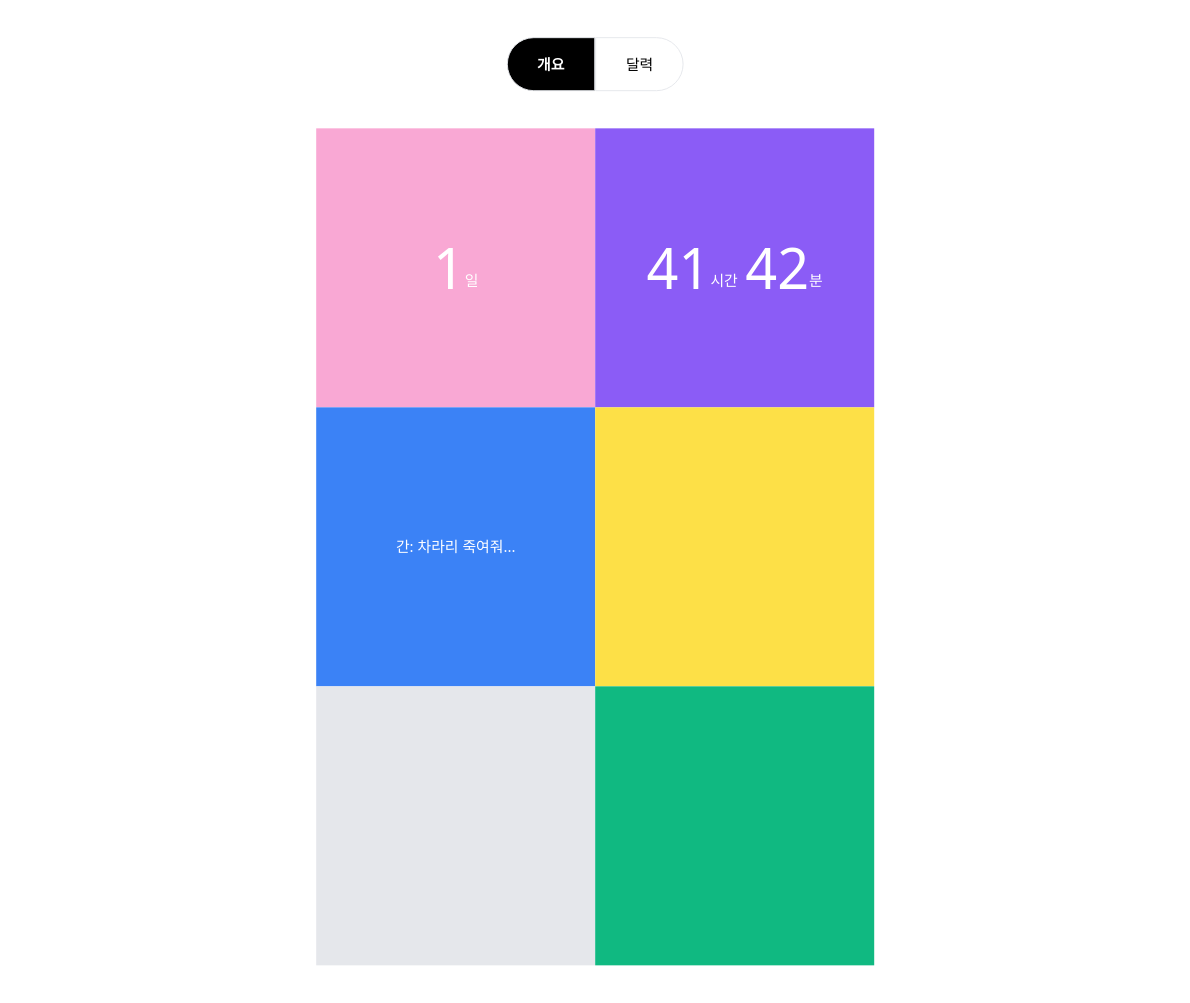
Repository: honey-punch/my-alcohol
Page: /
These files come from the project's save history. The page is drawn as it stood at one moment and after the next save; the edit follows.
The browser window is 1280 px wide. The pictures show the whole page, at 93% of full size.
The project was rebuilt for these pictures with package versions that can differ from the ones it lists, and the page was loaded fresh each time. The framework's server and built-in components were replaced by stand-ins that run in the browser. Also part of the build but not shown: next.config.ts, src/app/_component/Calendar.tsx.

Above is the page before, as saved 2025-02-10 16:08:35.

After the next save:
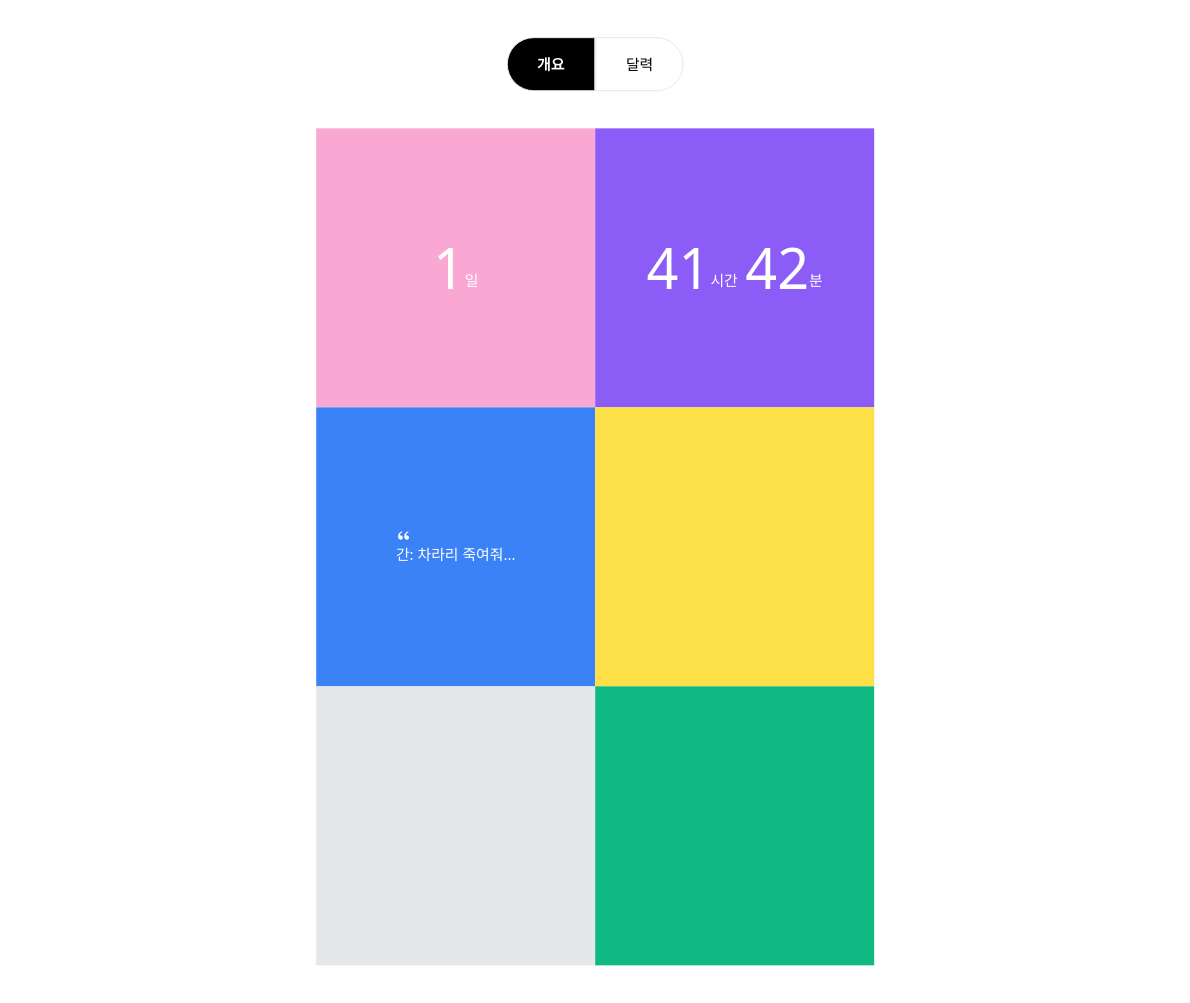
Saved 11 s later.
--- a/src/app/_component/Summary.tsx
+++ b/src/app/_component/Summary.tsx
@@ -52,7 +52,12 @@ export default function Summary() {
         style={{ width: `${BOX_SIZE}px`, height: BOX_SIZE }}
         className="bg-blue-500 text-white flex justify-center items-center"
       >
-        <div className="">{randomWiseSaying}</div>
+        <div className="">
+          <div>
+            <RiDoubleQuotesL />
+          </div>
+          {randomWiseSaying}
+        </div>
       </div>
       <div
         style={{ width: `${BOX_SIZE}px`, height: BOX_SIZE }}
